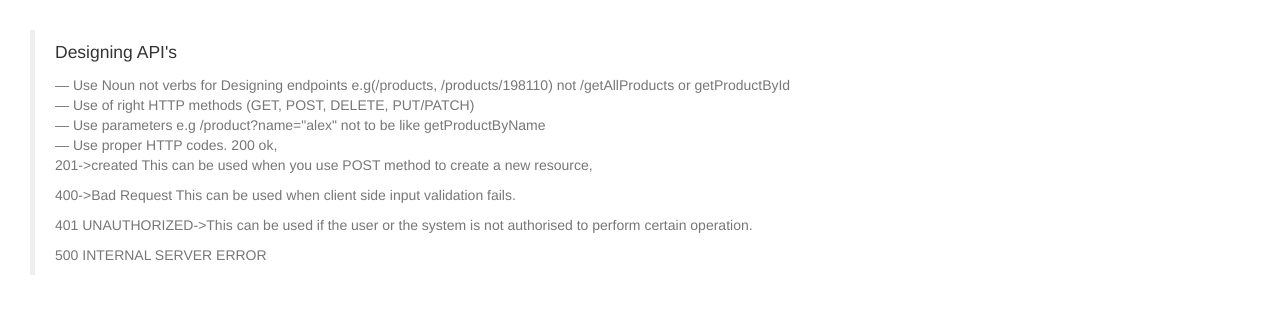
Repository: rahil001/preparation
Page: javascriptPrac/ApiDesign.html
These files come from the project's save history. The page is drawn as it stood at one moment and after the next save; the edit follows.
The browser window is 1280 px wide. The pictures show the whole page.

Above is the page before, as saved 2019-10-29 22:34:54.

### javascriptPrac/ApiDesign.html
<!DOCTYPE html>
<html lang="en">
<head>
    <meta charset="UTF-8">
    <title>getting started with javascript</title>
    <link rel="stylesheet" href="https://maxcdn.bootstrapcdn.com/bootstrap/3.3.7/css/bootstrap.min.css  ">
    <style>
        body, .jumbotron{
            padding: 30px;
        }
        .text-giant{
            font-size: 40px;
        }
        .singleT {
            margin-top: 40px;
        }
    </style>
</head>
<body>
<div class>
    <blockquote class="blockquote">
        <p class="mb-0">Designing API's</p>
        <footer class="blockquote-footer">Use Noun not verbs for Designing endpoints e.g(/products, /products/198110) not /getAllProducts or getProductById</footer>
        <footer class="blockquote-footer">Use of right HTTP methods (GET, POST, DELETE, PUT/PATCH)</footer>
        <footer class="blockquote-footer">Use parameters e.g /product?name="alex" not to be like getProductByName</footer>
        <footer class="blockquote-footer">Use proper HTTP codes. 200 ok,
            <p>201->created This can be used when you use POST method to create a new resource,</p>
            <p>400->Bad Request This can be used when client side input validation fails.</p>
            <p>401 UNAUTHORIZED->This can be used if the user or the system is not authorised to perform certain operation.</p>
            <p>500 INTERNAL SERVER ERROR</p>
        </footer>
    </blockquote>
</div>
<script src="app.js"></script>
</body>
</html>

Loaded but not shown: javascriptPrac/app.js (no copy from this time; the picture is the same without it)

After the next save:
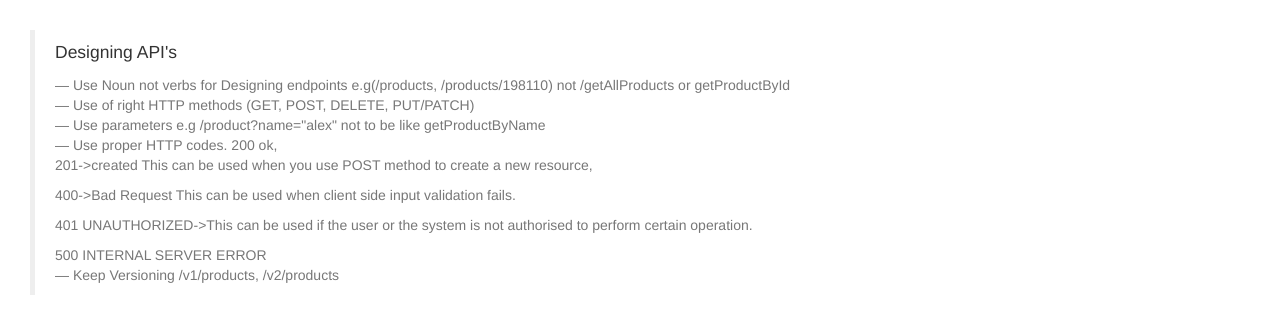
Saved 61 s later.
--- a/javascriptPrac/ApiDesign.html
+++ b/javascriptPrac/ApiDesign.html
@@ -29,6 +29,7 @@
             <p>401 UNAUTHORIZED->This can be used if the user or the system is not authorised to perform certain operation.</p>
             <p>500 INTERNAL SERVER ERROR</p>
         </footer>
+        <footer class="blockquote-footer">Keep Versioning /v1/products, /v2/products</footer>
     </blockquote>
 </div>
 <script src="app.js"></script>
